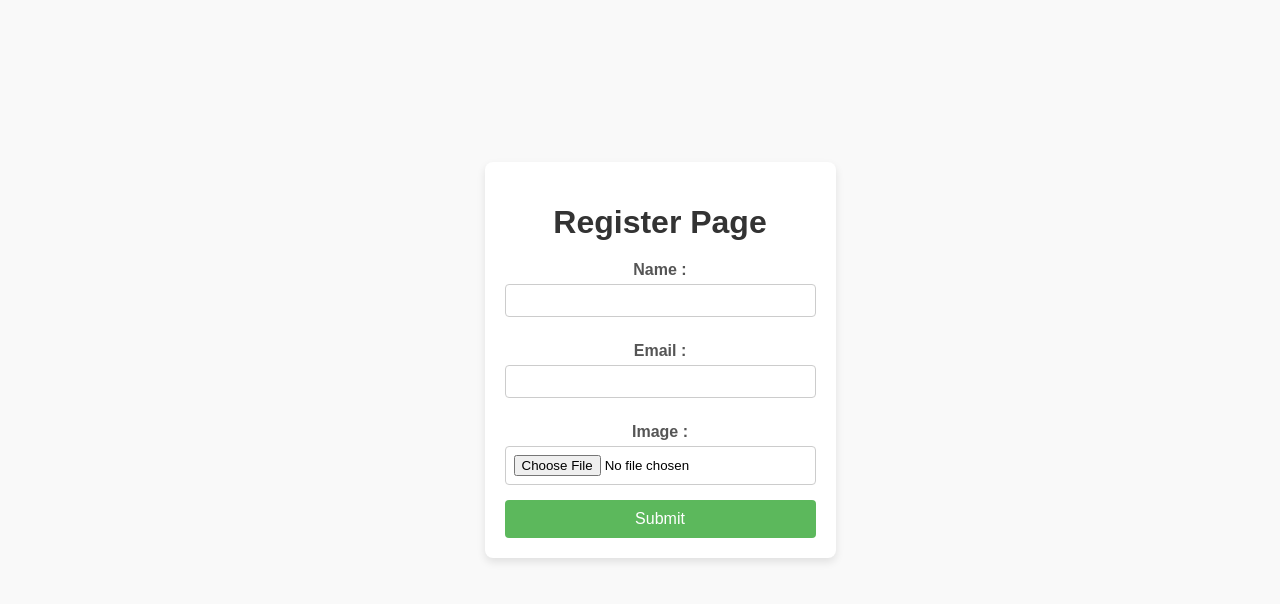
Repository: RajkumarBalimidi/Demo-JFSWD-Project
Page: DemoProject/src/main/webapp/index.html
The author's editor kept a copy of each file at every save. The page is drawn from the files as they stood at one save, then again after the next save.
The browser window is 1280 px wide. The pictures show the whole page.

Above is the page before, as saved 2024-11-05 07:52:06.

### DemoProject/src/main/webapp/index.html
<!DOCTYPE html>
<html>
<head>
<meta charset="UTF-8">
<title>Register</title>
<style>
    body {
        font-family: Arial, sans-serif;
        display: flex;
        align-items: center;
        justify-content: center;
        height: 100vh;
        margin: 0;
        background-color: #f9f9f9;
    }

    .register {
        width: 100%;
        max-width: 400px;
        padding: 20px;
        background-color: #ffffff;
        border-radius: 8px;
        box-shadow: 0 4px 8px rgba(0, 0, 0, 0.1);
        text-align: center;
    }

    .register h1 {
        color: #333;
        margin-bottom: 20px;
    }

    label {
        display: block;
        margin-top: 10px;
        font-weight: bold;
        color: #555;
    }

    input[type="text"],
    input[type="email"],
    input[type="file"] {
        width: 100%;
        padding: 8px;
        margin: 5px 0 15px 0;
        border: 1px solid #ccc;
        border-radius: 4px;
        box-sizing: border-box;
    }

    input[type="submit"] {
        width: 100%;
        padding: 10px;
        background-color: #5cb85c;
        color: #ffffff;
        border: none;
        border-radius: 4px;
        font-size: 16px;
        cursor: pointer;
        transition: background-color 0.3s ease;
    }

    input[type="submit"]:hover {
        background-color: #4cae4c;
    }
</style>

</head>
<body>

	<form action="Register" method="POST" enctype="multipart/form-data">
		<div class="register">
			<h1>Register Page</h1>
			<label>Name : </label>
			<input type="text" name="name"><br>
			<label>Email : </label>
			<input type="email" name="email"><br>
			<label>Image : </label>
            <input type="file" name="image" accept="image/*"><br>

			<input type="submit" name="submit"><br>
		</div>
	</form>

</body>
</html>

After the next save:
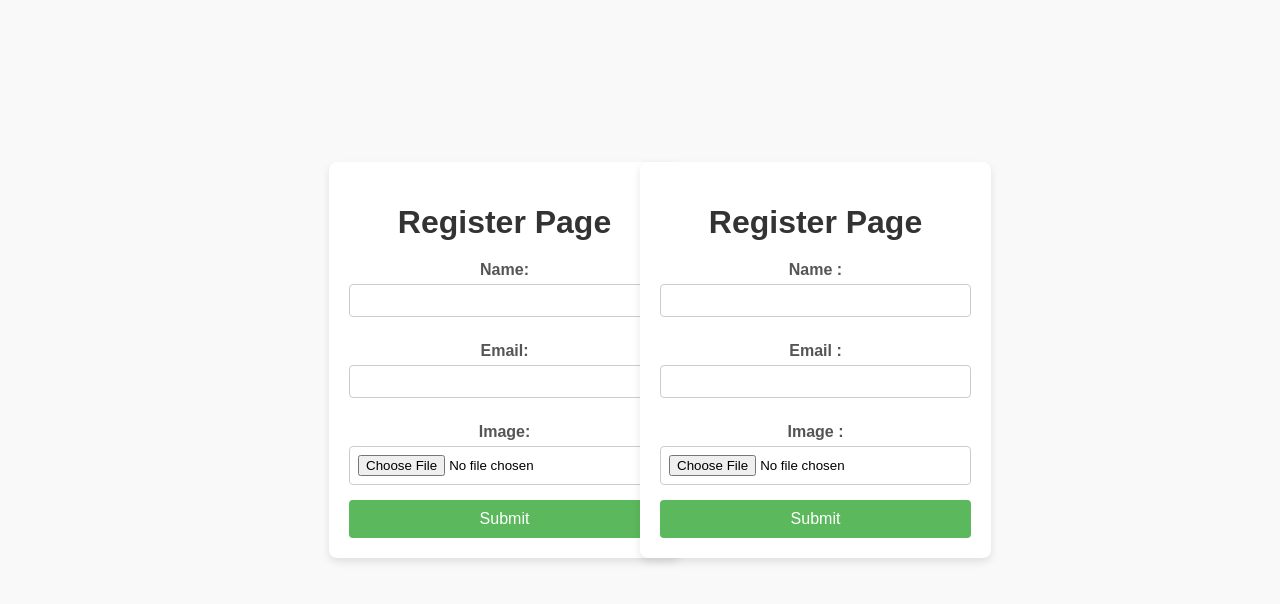
Saved 98 s later.
--- a/DemoProject/src/main/webapp/index.html
+++ b/DemoProject/src/main/webapp/index.html
@@ -65,6 +65,31 @@
 </style>
 
 </head>
+
+
+
+
+
+<body>
+    <form action="Register" method="POST" enctype="multipart/form-data">
+        <div class="register">
+            <h1>Register Page</h1>
+            <label>Name: </label>
+            <input type="text" name="name" required><br>
+            <label>Email: </label>
+            <input type="email" name="email" required><br>
+            <label>Image: </label>
+            <input type="file" name="image" accept="image/*" required><br>
+            <input type="submit" name="submit"><br>
+        </div>
+    </form>
+</body>
+
+
+
+
+
+
 <body>
 
 	<form action="Register" method="POST" enctype="multipart/form-data">

After the save that followed:
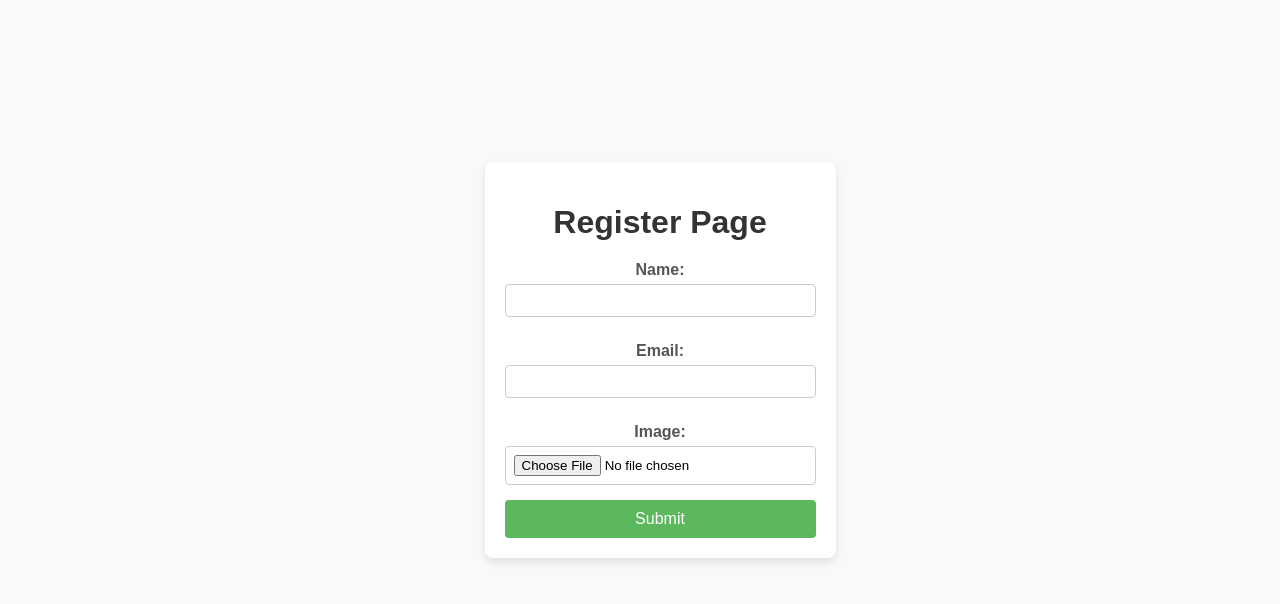
Saved 28 s later.
--- a/DemoProject/src/main/webapp/index.html
+++ b/DemoProject/src/main/webapp/index.html
@@ -65,11 +65,6 @@
 </style>
 
 </head>
-
-
-
-
-
 <body>
     <form action="Register" method="POST" enctype="multipart/form-data">
         <div class="register">
@@ -84,27 +79,4 @@
         </div>
     </form>
 </body>
-
-
-
-
-
-
-<body>
-
-	<form action="Register" method="POST" enctype="multipart/form-data">
-		<div class="register">
-			<h1>Register Page</h1>
-			<label>Name : </label>
-			<input type="text" name="name"><br>
-			<label>Email : </label>
-			<input type="email" name="email"><br>
-			<label>Image : </label>
-            <input type="file" name="image" accept="image/*"><br>
-
-			<input type="submit" name="submit"><br>
-		</div>
-	</form>
-
-</body>
 </html>
